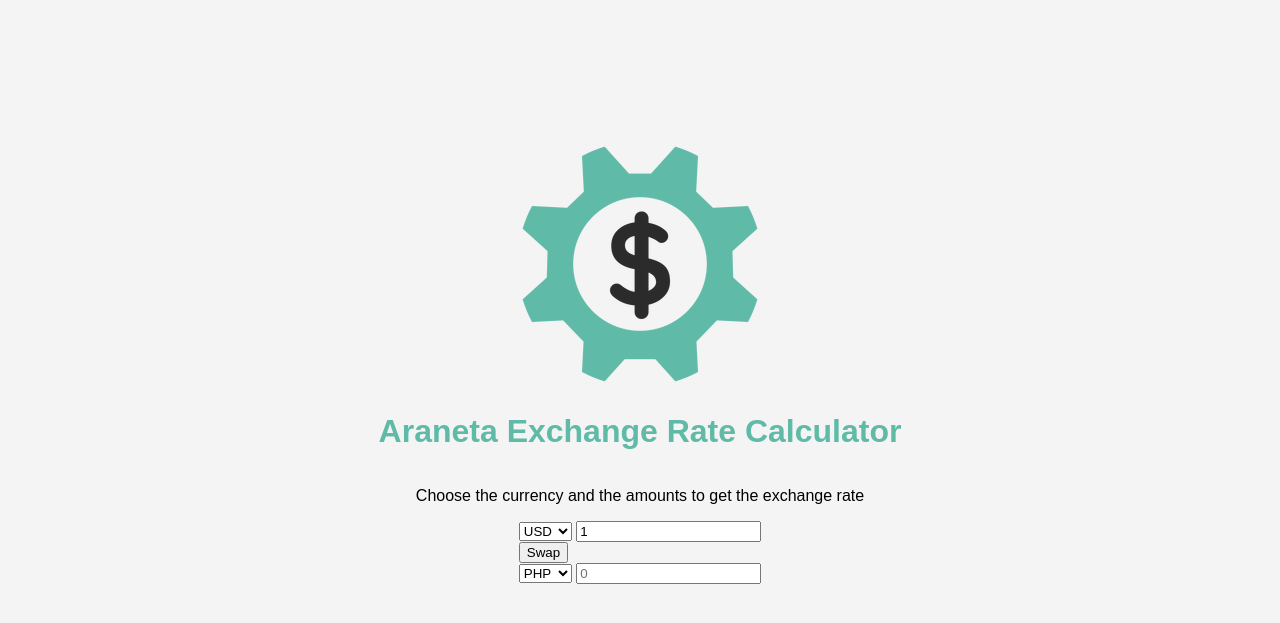
Repository: kenneth1175/ExchangeRateCalculator
Page: index.html
These files come from the project's save history. The page is drawn as it stood at one moment and after the next save; the edit follows.
The browser window is 1280 px wide. The pictures show the whole page.

Above is the page before, as saved 2025-10-03 19:31:35.

### index.html
<!DOCTYPE html>
<html lang="en">
  <head>
    <meta charset="UTF-8" />
    <meta name="viewport" content="width=device-width, initial-scale=1.0" />
    <title>Araneta Exchange Rate Calculator</title>
    <link rel="stylesheet" href="style.css" />
  </head>
  <body>
    <img src="./img/money.png" alt="logo" class="money-img" />
    <h1>Araneta Exchange Rate Calculator</h1>
    <p>Choose the currency and the amounts to get the exchange rate</p>

    <div class="container">
      <div class="currency">
        <select id="currency-one">
          <option value="AED">AED</option>
          <option value="ARS">ARS</option>
          <option value="AUD">AUD</option>
          <option value="BGN">BGN</option>
          <option value="BRL">BRL</option>
          <option value="BSD">BSD</option>
          <option value="CAD">CAD</option>
          <option value="CHF">CHF</option>
          <option value="CLP">CLP</option>
          <option value="CNY">CNY</option>
          <option value="COP">COP</option>
          <option value="CZK">CZK</option>
          <option value="DKK">DKK</option>
          <option value="DOP">DOP</option>
          <option value="EGP">EGP</option>
          <option value="EUR">EUR</option>
          <option value="FJD">FJD</option>
          <option value="GBP">GBP</option>
          <option value="GTQ">GTQ</option>
          <option value="HKD">HKD</option>
          <option value="HRK">HRK</option>
          <option value="HUF">HUF</option>
          <option value="IDR">IDR</option>
          <option value="ILS">ILS</option>
          <option value="INR">INR</option>
          <option value="ISK">ISK</option>
          <option value="JPY">JPY</option>
          <option value="KRW">KRW</option>
          <option value="KZT">KZT</option>
          <option value="MXN">MXN</option>
          <option value="MYR">MYR</option>
          <option value="NOK">NOK</option>
          <option value="NZD">NZD</option>
          <option value="PAB">PAB</option>
          <option value="PEN">PEN</option>
          <option value="PHP">PHP</option>
          <option value="PKR">PKR</option>
          <option value="PLN">PLN</option>
          <option value="PYG">PYG</option>
          <option value="RON">RON</option>
          <option value="RUB">RUB</option>
          <option value="SAR">SAR</option>
          <option value="SEK">SEK</option>
          <option value="SGD">SGD</option>
          <option value="THB">THB</option>
          <option value="TRY">TRY</option>
          <option value="TWD">TWD</option>
          <option value="UAH">UAH</option>
          <option value="USD" selected>USD</option>
          <option value="UYU">UYU</option>
          <option value="VND">VND</option>
          <option value="ZAR">ZAR</option>
        </select>
        <input type="number" id="amount-one" placeholder="0" value="1" />
      </div>

      <div class="swap-rate-container">
        <button class="btn" id="rate">Swap</button>
        <div class="rate" id="rate"></div>
      </div>

      <div class="currency">
        <select id="currency-two">
          <option value="AED">AED</option>
          <option value="ARS">ARS</option>
          <option value="AUD">AUD</option>
          <option value="BGN">BGN</option>
          <option value="BRL">BRL</option>
          <option value="BSD">BSD</option>
          <option value="CAD">CAD</option>
          <option value="CHF">CHF</option>
          <option value="CLP">CLP</option>
          <option value="CNY">CNY</option>
          <option value="COP">COP</option>
          <option value="CZK">CZK</option>
          <option value="DKK">DKK</option>
          <option value="DOP">DOP</option>
          <option value="EGP">EGP</option>
          <option value="EUR">EUR</option>
          <option value="FJD">FJD</option>
          <option value="GBP">GBP</option>
          <option value="GTQ">GTQ</option>
          <option value="HKD">HKD</option>
          <option value="HRK">HRK</option>
          <option value="HUF">HUF</option>
          <option value="IDR">IDR</option>
          <option value="ILS">ILS</option>
          <option value="INR">INR</option>
          <option value="ISK">ISK</option>
          <option value="JPY">JPY</option>
          <option value="KRW">KRW</option>
          <option value="KZT">KZT</option>
          <option value="MXN">MXN</option>
          <option value="MYR">MYR</option>
          <option value="NOK">NOK</option>
          <option value="NZD">NZD</option>
          <option value="PAB">PAB</option>
          <option value="PEN">PEN</option>
          <option value="PHP" selected>PHP</option>
          <option value="PKR">PKR</option>
          <option value="PLN">PLN</option>
          <option value="PYG">PYG</option>
          <option value="RON">RON</option>
          <option value="RUB">RUB</option>
          <option value="SAR">SAR</option>
          <option value="SEK">SEK</option>
          <option value="SGD">SGD</option>
          <option value="THB">THB</option>
          <option value="TRY">TRY</option>
          <option value="TWD">TWD</option>
          <option value="UAH">UAH</option>
          <option value="USD">USD</option>
          <option value="UYU">UYU</option>
          <option value="VND">VND</option>
          <option value="ZAR">ZAR</option>
        </select>
        <input type="number" id="amount-two" placeholder="0" />
      </div>
    </div>
    <script src="script.js"></script>
  </body>
</html>

### style.css
:root {
  --primary-color: #5fbaa7;
}

* {
  box-sizing: border-box;
}

body {
  background-color: #f4f4f4;
  font-family: Arial, Helvetica, sans-serif;
  display: flex;
  flex-direction: column;
  align-items: center;
  justify-content: center;
  height: 100vh;
  margin: 0;
  padding: 20px;
}

h1 {
  color: var(--primary-color);
}

p {
  text-align: center;
}

Loaded but not shown: script.js (no stored copy; drawn as an empty file)

After the next save:
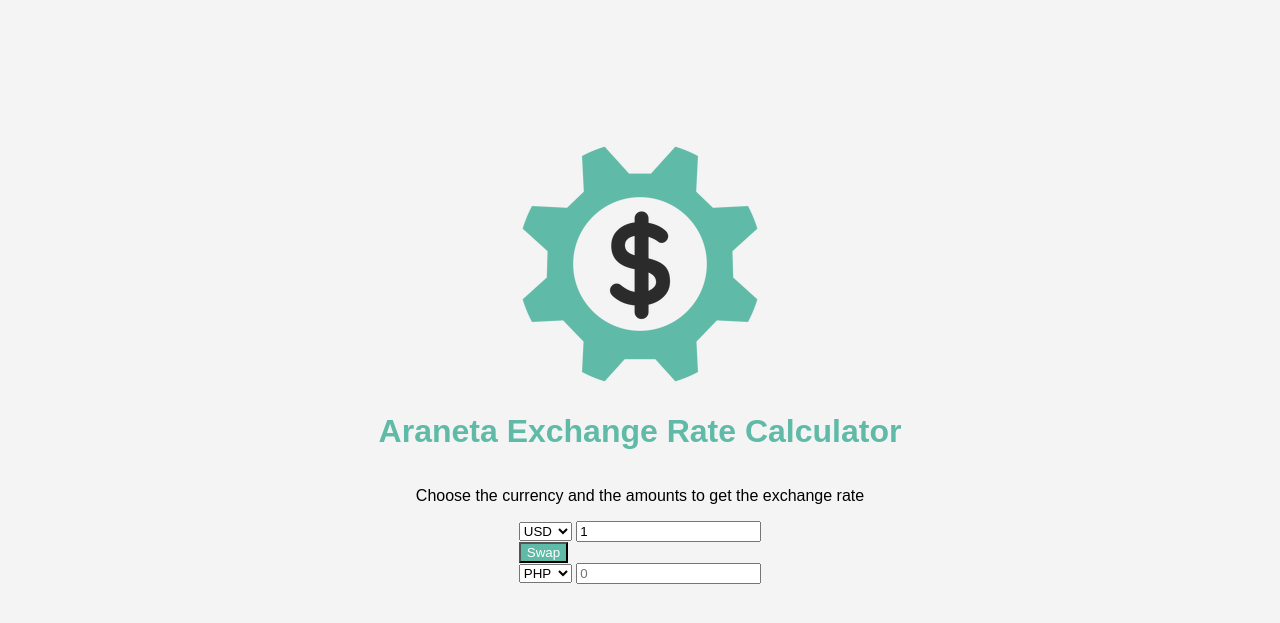
Saved 3 h 18 min later.
--- a/style.css
+++ b/style.css
@@ -25,3 +25,8 @@ h1 {
 p {
   text-align: center;
 }
+
+.btn {
+  color: #fff;
+  background: var(--primary-color);
+}
